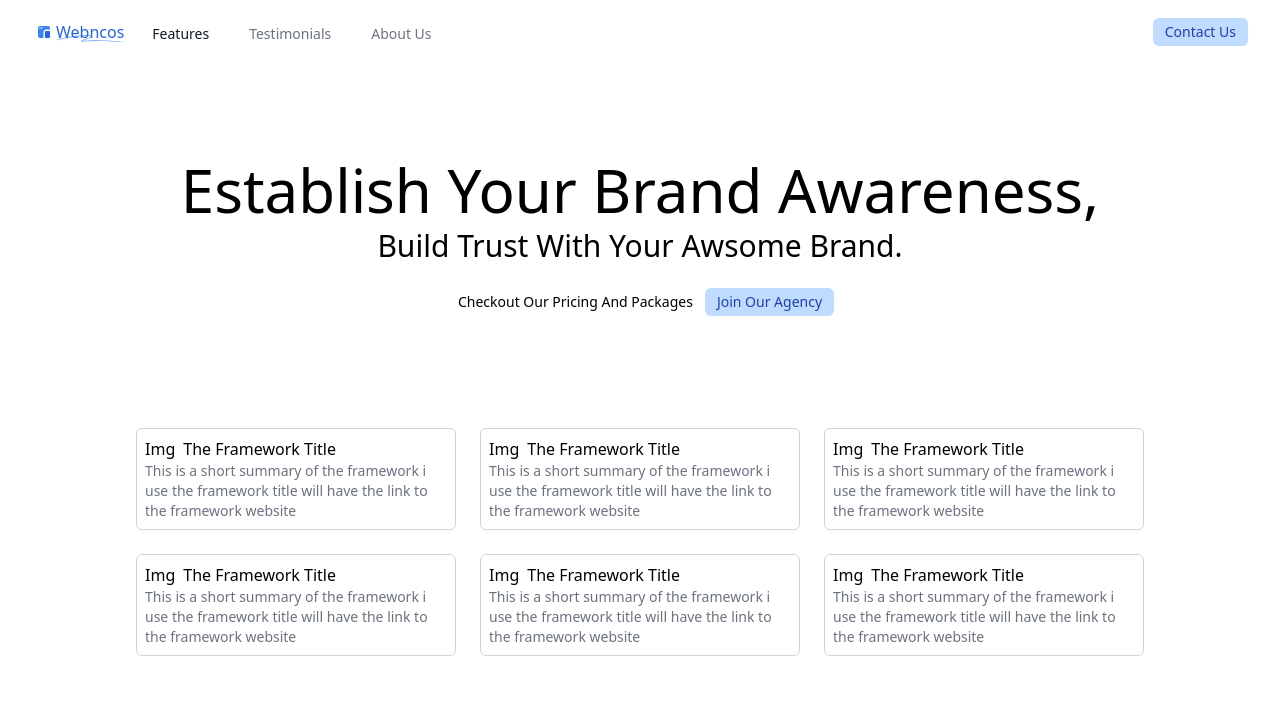
Repository: 1realjulius/webncos
Page: /
An editor plug-in stored every save of this project. The page is shown before and after the next save, followed by the edit.
The browser window is 1280 px wide. The pictures show the whole page.
The project was rebuilt for these pictures with package versions that can differ from the ones it lists, and the page was loaded fresh each time. The framework's server and built-in components were replaced by stand-ins that run in the browser. Also part of the build but not shown: next.config.js.

Above is the page before, as saved 2022-08-22 17:48:26.

After the next save:
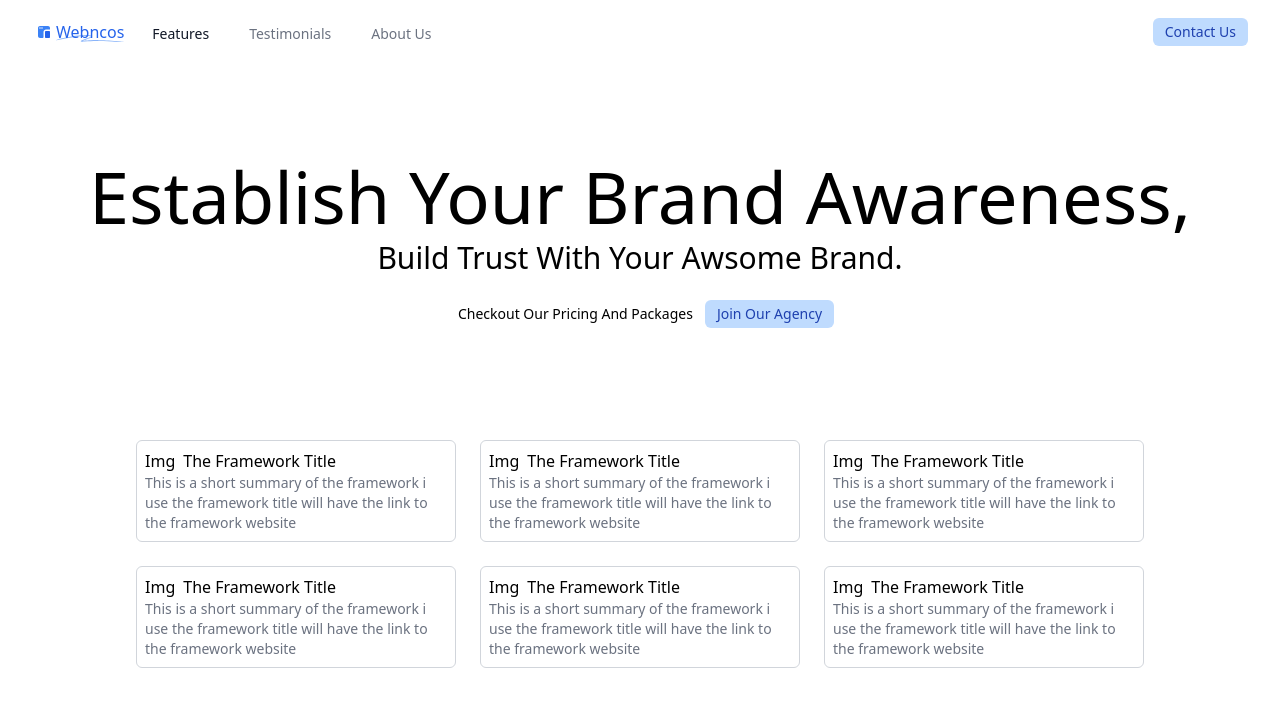
Saved 77 s later.
--- a/components/MainHome.tsx
+++ b/components/MainHome.tsx
@@ -8,7 +8,7 @@ const MainHome = () => {
       <div>
         <div className=" flex flex-col items-center justify-center my-20">
           <div className="pt-4 pb-2">
-            <h1 className="text-4xl md:text-6xl text-center">
+            <h1 className="text-4xl md:text-7xl text-center">
               Establish Your Brand Awareness,
             </h1>
           </div>
